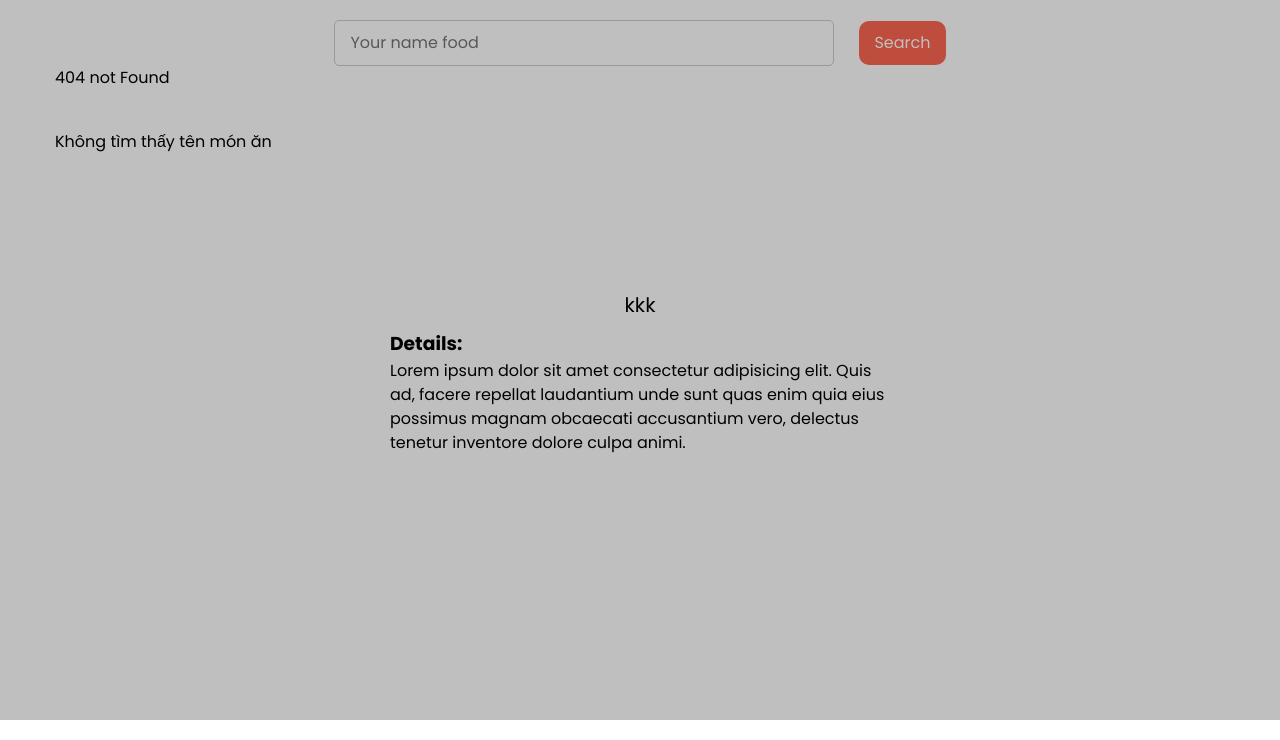
Repository: hoang0508/ReactJsDevWork
Page: /
An editor plug-in stored every save of this project. The page is shown before and after the next save, followed by the edit.
The browser window is 1280 px wide. The pictures show the whole page.
The page's requests for data from a server got no answer. The project was rebuilt for these pictures with package versions that can differ from the ones it lists, and the page was loaded fresh each time. No one was signed in, and anything a server would have sent is missing.

Above is the page before, as saved 2022-02-05 22:54:24.

### src/index.scss
body {
  margin: 0;
  font-family: "Poppins", sans-serif;
  font-size: 16px;
  -webkit-font-smoothing: antialiased;
  -moz-osx-font-smoothing: grayscale;
}

code {
  font-family: source-code-pro, Menlo, Monaco, Consolas, "Courier New",
    monospace;
}

### src/App.js
import "./App.scss";
// import Button from "./components/Button/Button";
import Food from "./components/FoodApi/Food";

function App() {
  return (
    <>
      {/* <div>Hello</div> */}
      <Food />
      {/* <Button /> */}
    </>
  );
}

export default App;

### src/App.scss
@import url("https://fonts.googleapis.com/css2?family=Poppins:ital,wght@0,300;0,400;0,500;0,600;0,700;1,600&family=Red+Hat+Display:wght@300;400;500;600;700&display=swap");
*,
*::before,
*::after {
  box-sizing: border-box;
}
body,
h1,
h2,
h3,
h4,
h5,
h6,
p,
figure,
picture {
  margin: 0;
}
body {
  min-height: 100vh;
  line-height: 1.5;
}
input,
button,
select,
textarea {
  font: inherit;
}
img,
picture {
  display: block;
  max-width: 100%;
}
/* remove animation for people who've turned them off */
@media (prefers-reduced-motion: reduce) {
  *,
  *::before,
  *::after {
    animation-duration: 0.01ms !important;
    animation-iteration-count: 1 !important;
    transition-duration: 0.01ms !important;
    scroll-behavior: auto !important;
  }
}

// body {
//   background: #eb3349; /* fallback for old browsers */
//   background: -webkit-linear-gradient(
//     to right,
//     #f45c43,
//     #eb3349
//   ); /* Chrome 10-25, Safari 5.1-6 */
//   background: linear-gradient(
//     to right,
//     #f45c43,
//     #eb3349
//   ); /* W3C, IE 10+/ Edge, Firefox 16+, Chrome 26+, Opera 12+, Safari 7+ */
// }

### src/components/FoodApi/Food.js
// import lodas from "lodash";
import React, { useState } from "react";
import useHookFoodAPI from "../../hooks/useHookFoodAPI";
import "./Food.scss";

const Food = () => {
  // khởi tạo data ô input
  const [queryMeals, setQueryMeals] = useState("chicken_breast");
  const [detailsMeals, setDetailsMeals] = useState("");
  const { data, loading, notFound, setUrl } = useHookFoodAPI(
    `https://www.themealdb.com/api/json/v1/1/filter.php?i=${queryMeals}`
  );
  //
  const handleChangeFood = (e) => {
    setQueryMeals(e.target.value);
  };
  // Hàm Btn Click URL
  const handleDataFood = (e) => {
    e.preventDefault();
    setUrl(
      `https://www.themealdb.com/api/json/v1/1/filter.php?i=${queryMeals}`
    );
  };
  const handleBtnDetails = (e, id) => {
    e.preventDefault();
    setDetailsMeals(
      `https://www.themealdb.com/api/json/v1/1/lookup.php?i=${id}`
    );
  };
  return (
    <>
      <div className="food">
        <form>
          {/* input */}
          <input
            className="food-input"
            type="text"
            // defaultValue={queryMeals}
            placeholder="Your name food"
            onChange={(e) => handleChangeFood(e)}
          />
          <button onClick={(e) => handleDataFood(e)} className="food-btn">
            Search
          </button>
        </form>
        {/* loading */}
        {loading && <div className="food-loading"></div>}
        {/* Not found 404 */}
        {!loading && notFound && <p>404 not Found</p>}
        {/* foodlist */}
        <div className="food-list">
          {!data.meals && <div>Không tìm thấy tên món ăn</div>}
          {!loading &&
            data.meals &&
            data.meals.length > 0 &&
            data.meals.map((item, index) => {
              if (!item.strMeal || item.strMeal.length <= 0) {
                return null;
              }
              return (
                <div className="food-item" key={item.idMeal}>
                  <div className="food-image">
                    <img src={item.strMealThumb} alt="" />
                  </div>
                  <div className="food-title">{item.strMeal}</div>
                  <button
                    onClick={(e, id) => handleBtnDetails(e, item.idMeal)}
                    className="food-btn food-btn--primary"
                  >
                    Watch Details
                  </button>
                </div>
              );
            })}
        </div>
        <div className="food-modal">
          <div className="food-container">
            <div className="food-title">kkk</div>
            <h3>Details: </h3>
            <div className="food-desc">
              Lorem ipsum dolor sit amet consectetur adipisicing elit. Quis ad,
              facere repellat laudantium unde sunt quas enim quia eius possimus
              magnam obcaecati accusantium vero, delectus tenetur inventore
              dolore culpa animi.
            </div>
            <div className="modal-images">
              <img src="" alt="" />
            </div>
          </div>
        </div>
      </div>
    </>
  );
};

export default Food;

### src/hooks/useHookFoodAPI.js
import axios from "axios";
import { useEffect, useRef, useState } from "react";

export default function useHookFoodAPI(initialUrl, initialData) {
  // render data
  const [data, setData] = useState([]);
  // Loading
  const [loading, setLoading] = useState(true);
  // Not found search
  const [notFound, setNotFound] = useState("");
  // url Link API
  const [url, setUrl] = useState(initialUrl);
  const fetchDataFood = useRef();
  fetchDataFood.current = async () => {
    setLoading(true);
    try {
      const reponse = await axios.get(url);
      setData(reponse.data);
      setLoading(false);
    } catch (err) {
      setLoading(false);
      setNotFound(`404 ${err}`);
    }
  };
  // Fuction onChange input
  // const handleChangeFood = lodash.debounce((e) => {
  //   setQueryMeals(e.target.value);
  // }, 500);
  // useEffect
  useEffect(() => {
    fetchDataFood.current();
  }, [url]);
  return {
    data,
    loading,
    notFound,
    setUrl,
  };
}

### src/components/FoodApi/Food.scss
.food {
  max-width: 1170px;
  margin: 20px auto 0;
  form {
    display: flex;
    align-items: center;
    justify-content: center;
    gap: 0 25px;
    margin: 0 auto;
  }
  &-input {
    display: block;
    max-width: 500px;
    width: 100%;
    border: 1px solid #ccc;
    border-radius: 5px;
    padding: 10px 15px;
    outline: none;
    overflow: hidden;
    transition: all 0.25s linear;
  }
  &-input:focus {
    border-color: #2cccff;
  }
  &-btn {
    padding: 10px 15px;
    background-color: #ff6651;
    color: #fff;
    outline: none;
    border: 0;
    border-radius: 10px;
    cursor: pointer;
  }
  &-btn--primary {
    display: block;
    margin: 0 auto;
    margin-top: auto;
    margin-bottom: 20px;
  }
  &-list {
    display: grid;
    grid-template-columns: repeat(3, 1fr);
    grid-gap: 40px;
    margin: 40px 0 100px;
  }
  &-item {
    background-color: #fff;
    border-radius: 10px;
    border: 1px solid #ccc;
    overflow: hidden;
    cursor: pointer;
    // transition: all 0.25s linear;
    display: flex;
    flex-direction: column;
  }
  &-image {
    height: 300px;
    img {
      width: 100%;
      height: 100%;
      object-fit: cover;
    }
  }
  &-title {
    text-align: center;
    margin-top: 15px;
    font-size: 20px;
    padding: 10px 0;
  }
  &-loading {
    width: 80px;
    height: 80px;
    border-radius: 100rem;
    border: 5px solid #2cccff;
    border-right: transparent;
    animation: foodLoading 2s linear infinite;
    margin: 50px auto;
  }
  @keyframes foodLoading {
    0% {
      transform: rotate(0deg);
    }
    // 50% {
    //   transform: rotate(45deg);
    // }
    100% {
      transform: rotate(360deg);
    }
  }
  &-modal {
    position: fixed;
    top: 0;
    left: 0;
    right: 0;
    bottom: 0;
    z-index: 999999;
    background-color: rgba(0, 0, 0, 0.25);
    display: flex;
    align-items: center;
    justify-content: center;
    flex-direction: column;
  }
  &-container {
    max-width: 500px;
    overflow: scroll;
  }
}

Loaded but not shown: public/index.html (common file); src/index.js (common file); src/reportWebVitals.js (common file)

After the next save:
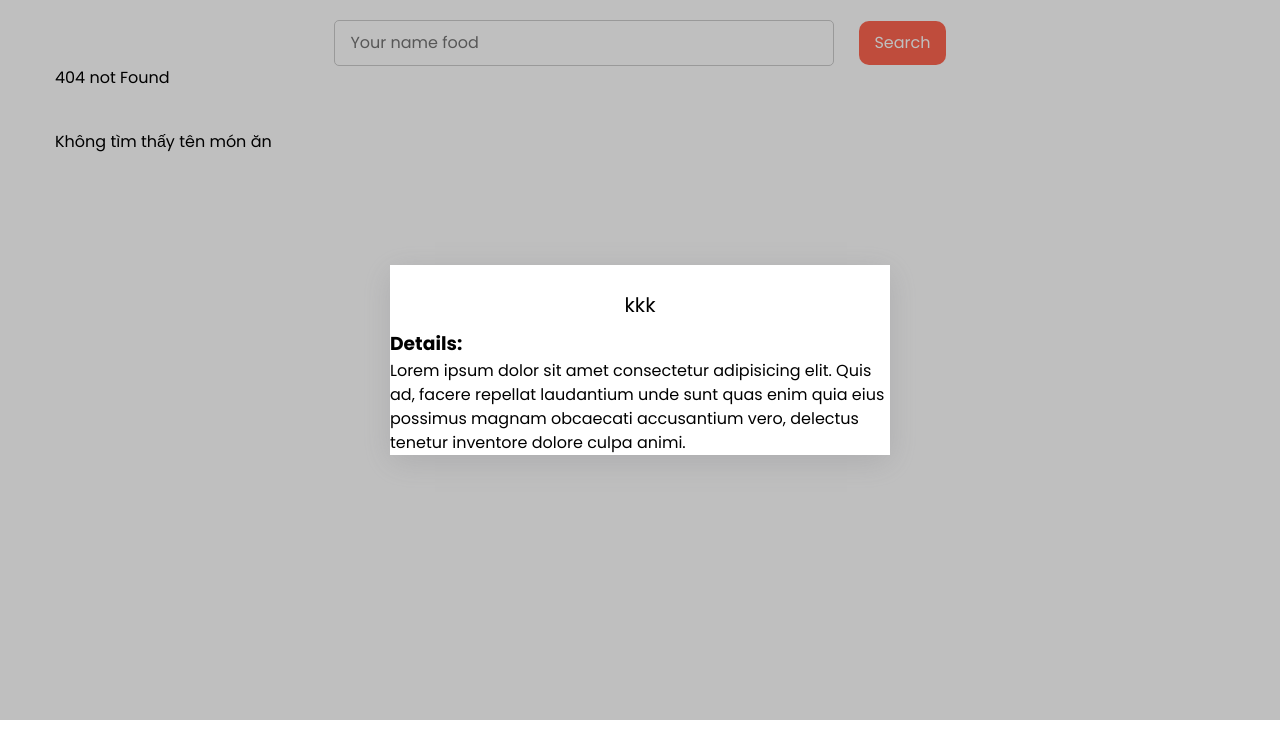
Saved 10 s later.
--- a/src/components/FoodApi/Food.scss
+++ b/src/components/FoodApi/Food.scss
@@ -103,5 +103,7 @@
   &-container {
     max-width: 500px;
     overflow: scroll;
+    background-color: #fff;
+    box-shadow: rgba(100, 100, 111, 0.2) 0px 7px 29px 0px;
   }
 }
